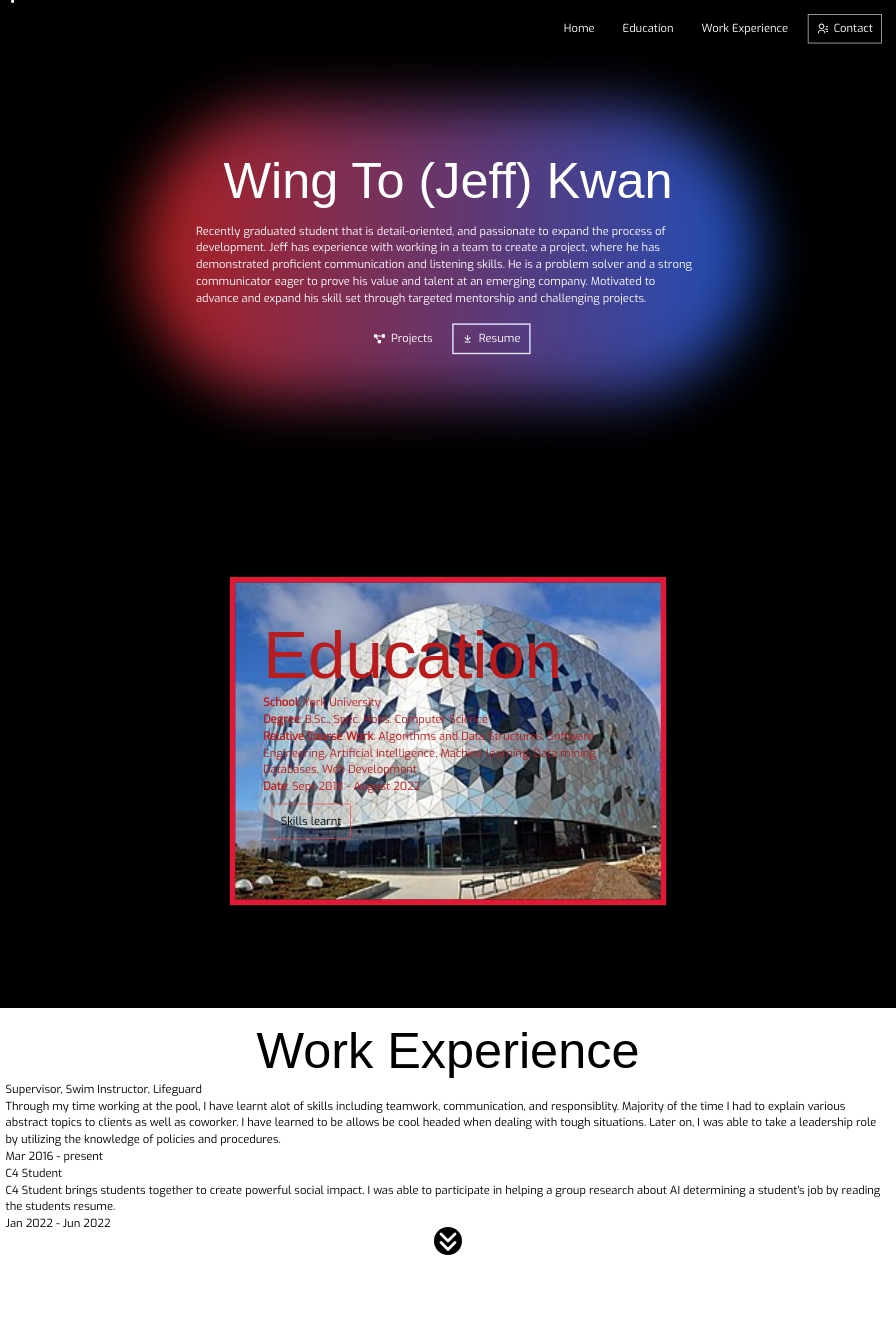
Repository: Jeffkw213/profile_website
Page: /
These files come from the project's save history. The page is drawn as it stood at one moment and after the next save; the edit follows.
The browser window is 1280 px wide. The pictures show the part of the page from y = 0 to 1920 px (the page is 3560 px tall before and 720 px after), at 70% of full size.
Some web fonts or font styles are not loaded; a fallback is used. The project was rebuilt for these pictures with package versions that can differ from the ones it lists, and the page was loaded fresh each time. Also part of the build but not shown: vite.config.js.

Above is the page before, as saved 2022-10-21 16:55:40.

### src/index.jsx
import React from 'react';
import ReactDOM from 'react-dom/client';
import App from './App';
import reportWebVitals from './reportWebVitals';
import './index.css';

// DOM creates an instance of your App component, though it can also pass simple JSX without any component instantiation
const root = ReactDOM.createRoot(document.getElementById('root'));
root.render(
  <React.StrictMode>
    <App />
  </React.StrictMode>
);

// If you want to start measuring performance in your app, pass a function
// to log results (for example: reportWebVitals(console.log))
// or send to an analytics endpoint. Learn more: https://bit.ly/CRA-vitals
reportWebVitals();

### src/App.jsx
import Education from './components/Education';
import Nav from './components/Nav';
import Projects from './components/Projects';
import Title from './components/Title';
import Work from './components/Work';
import records from './data/records.json';
import Navitop from './components/NavigationTop';
import Skillz from './components/Skillz';

const App = () => {
  return (
    <div className="scroll-smooth w-full box-border relative font-Exo min-w-[800]">
      <Navitop />
      <Title {...records.Who} />
      <Education {...records.Education} />
      <Work employ={records.Employment} />
      <Projects />
      <Skillz {...records.Skills}/>
      <Nav {...records.Social} />
    </div>
  );
};

export default App;

### src/index.css
@import url('https://fonts.googleapis.com/css2?family=Exo:wght@100;400&display=swap');
@import url('http://fonts.cdnfonts.com/css/nexa-bold');

@tailwind base;
@tailwind components;
@tailwind utilities;

@layer base{
    html{
        scroll-behavior: smooth;
    }
}

### src/components/Education.jsx
import { useEffect } from 'react';
import AOS from 'aos';
import 'aos/dist/aos.css';
import School from '../data/BergeronCentreForEngineering.jpg'

export default function Education(props) {
  useEffect(() => {
    AOS.init({ duration: 3000 });
  });
  return (
    <div className="h-screen p-2 bg-black text-red-700 flex justify-center text-justify-center static max-w-1/2 w-full px-4" id="education">
      <div
        data-aos="fade-up"
        data-duration="1500"
        data-aos-anchor-placement="center-center"
        className="bg-no-repeat bg-cover bg-center border-8 border-york-500 p-10 m-24 w-1/2 h-4/6 bg-opacity-50"
        style={{ backgroundImage:`url(${School})` }}
      >

        <h1 className="font-Nexa text-4xl sm:text-8xl pt-4 pb-2">Education</h1>
        <p>
          <strong>School</strong>: {props.School}
        </p>
        <p>
          <strong>Degree</strong>: {props.Degree}
        </p>
        <p>
          <strong>Relative Course Work</strong>: {props.RelatativeCoursework}
        </p>
        <p>
          <strong>Date</strong>: {props.Start} - {props.Graduation}
        </p>
        <a href="#skill">
          <button className="border border-red-500 sm:text-york-400 md:text-black round- w-auto m-3 p-3 bg-transparent ease-in-out duration-300 hover:scale-110 hover:text-york-400">Skills learnt</button>
        </a>
      </div>
    </div>
  );
}

### src/components/Nav.jsx
//This is gonna be the navigation bar
//Need to create a list of
import Git from '../data/GitHub-Mark-64px.png';
import Linkedin from '../data/LI-In-Bug.png';
import Gmail from '../data/Gmail_Logo_64px.png';
export const List = (props) => (
  <nav className="flex justify-center">
    <ul className="">
      <li className="inline-block">
        <a href={props.Linkedin} target="_blank" rel="noopener noreferrer">
          <img src={Linkedin} alt="Linkedin Logo" className="h-16 opacity-[.35]" />
        </a>
      </li>
      <li className="inline-block">
        <a href={props.Github} target="_blank" rel="noopener noreferrer">
          <img src={Git} alt="Git Logo" className="h-16 opacity-[.35]" />
        </a>
      </li>
      <li className="inline-block ml-2">
        <a href={`mailto:${props.Email}?subject=Hi%20I'm%20Stupid`}>
          <img src={Gmail} alt="Gmail Logo" className="h-16 opacity-[.35]" />
        </a>
      </li>
    </ul>
  </nav>
);

export default function Nav(props) {
  return (
    <div className="h-20 relative w-full py-2 text-center bg-black" id='contacts'>
      <List {...props} />
    </div>
  );
}

### src/components/Projects.jsx
import projects from '../data/projects';

export default function Projects() {
  return (
    <div className='h-screen p-2' id="project">
      {projects.map((item, index) => {
        return (
          <div key={index}>
            <h2 className='font-Nexa text-4xl sm:text-7xl text-center pt-4 pb-2'>{item.name}</h2>
            <a href={item.link} target="_blank" rel="noopener noreferrer">
              {item.link}
            </a>
            <p>{item.about}</p>
          </div>
        );
      })}
    </div>
  );
}

### src/components/Title.jsx
// This is the title of the website
// There would be a breif discription of who I am
// And there would be a navigation button to scroll to a certain section of the page
import { FaProjectDiagram } from 'react-icons/fa';
import { BiArrowToBottom } from 'react-icons/bi';
export default function Title({ Name, Description }) {
  // var vw = window.innerWidth; //getting the width of the window
  // var vh = window.innerHeight; //getting the height of the window
  function Stars() {
    const arr = [];
    for (let i = 0; i < 100; i++) {
      arr.push(<div className="bg-white w-1 h-1 rounded-full absolute"></div>);
    }
    return arr;
  }
  return (
    <div className="bg-black max-w-1/2 w-full px-4" id="home">
      <div>
        <Stars />
      </div>
      <div className="flex items-center justify-center h-screen">
        <div className="relative max-w-[880px]">
          <div className="absolute inset-0.5 bg-gradient-to-r from-red-600 to-blue-600 rounded-full blur-2xl opacity-80"></div>

          <div className="relative m-2 py-12 text-white ">
            <h1 className="font-Nexa text-4xl sm:text-7xl text-center pt-4 pb-2">{Name}</h1>
            <p className="p-4 mx-0 sm:mx-14 max-w-screen-lg min-w-[50%]">{Description}</p>

            {/* Buttons */}
            <div className="flex items-center justify-center py-2">
              <a href="#project" className="px-2">
                <button
                  className="flex items-center justify-center p-2 px-3 bg-transparent text-white
        transition delay-150 duration-300 ease-in-out hover:scale-110"
                >
                  <FaProjectDiagram className="text-white mr-2" /> Projects
                </button>
              </a>
              <a href="/Resume.pdf" target="_blank" className="px-2">
                <button
                  className="flex items-center justify-center p-2 px-3 bg-transparent border-2 border-indigo-100 text-white
        transition delay-150 duration-300 ease-in-out hover:rotate-y-360"
                >
                  <BiArrowToBottom className=" text-white mr-2" />
                  Resume
                </button>
              </a>
            </div>
          </div>
        </div>
      </div>
    </div>
  );
}

### src/components/Work.jsx
import { HiChevronDoubleDown } from 'react-icons/hi';
export default function Work({ employ }) {
  return (
    <div className="scroll-mt-20 h-screen max-w-1/2 flex flex-col p-2" id="work">
      <h1 className="font-Nexa text-4xl sm:text-7xl text-center pt-4 pb-2"> Work Experience </h1>
      {employ.map((item, index) => {
        return (
          <div key={index} className="">
            <p>{item.Role}</p>
            <p>{item.Description}</p>
            <p>{item.Date}</p>
          </div>
        );
      })}

      <a href="#project" className='flex justify-center items-center'>
        <HiChevronDoubleDown className="text-white m-32 bg-black mt-auto h-10 w-10 rounded-full animate-bounce flex justify-start items-center" />
      </a>
    </div>
  );
}

### src/data/records.json
{
  "Who": {
    "Name": "Wing To (Jeff) Kwan",
    "Description": "Recently graduated student that is detail-oriented, and passionate to expand the process of development. Jeff has experience with working in a team to create a project, where he has demonstrated proficient communication and listening skills. He is a problem solver and a strong communicator eager to prove his value and talent at an emerging company. Motivated to advance and expand his skill set through targeted mentorship and challenging projects."
  },
  "Social": {
    "Email": "jeffkwan10@gmail.com",
    "Linkedin": "https://www.linkedin.com/in/jeff-kwan-881a41203/",
    "Github": "https://github.com/Jeffkw213"
  },

  "Education": {
    "School": "York University",
    "Degree": "B.Sc., Spec. Hons. Computer Science",
    "RelatativeCoursework": "Algorithms and Data Structures, Software Engineering, Artificial Intelligence, Machine learning, Data mining, Databases, Web Development",
    "Graduation": "August 2022",
    "Start": "Sept 2018"
  },

  "Employment": [
    {
      "Role": "Supervisor, Swim Instructor, Lifeguard",
      "Where": "City of Richmond Hill",
      "Description": "Through my time working at the pool, I have learnt alot of skills including teamwork, communication, and responsiblity. Majority of the time I had to explain various abstract topics to clients as well as coworker. I have learned to be allows be cool headed when dealing with tough situations. Later on, I was able to take a leadership role by utilizing the knowledge of policies and procedures.",
      "Date": "Mar 2016 - present"
    },
    {
      "Role": "C4 Student",
      "Where": "York University",
      "Description": "C4 Student brings students together to create powerful social impact. I was able to participate in helping a group research about AI determining a student's job by reading the students resume.",
      "Date": "Jan 2022 - Jun 2022"
    }
  ],
  "Skills": {
    "Languages": [
      "Python",
      "Java",
      "Javascript",
      "CSS",
      "HTML",
      "SQL",
      "Prolog",
      "C#",
      "C98",
      "C99"
    ],
    "Framework": [
      "Numpy",
      "Pandas",
      "MySQL",
      "React",
      "Node.js"
    ],
    "Platform": [
      "Linux",
      "Windows",
      "MACOS",
      "Android"],
    "Techniques": [
      "OOP",
      "Data Structures",
      "Logic programming",
      "Artificial Intelligence",
      "Machine Learning",
      "Data Mining"
    ]
  }
}

### src/components/NavigationTop.jsx
import { RiContactsLine } from 'react-icons/ri';
import 'aos/dist/aos.css';

export default function ButtonNavi() {
  return (
    <header className="fixed flex w-full justify-end item-center h-20">
      <nav className="p-3 text-center">
        <div className='container flex justify-between items-center mx-auto'>
        <a href="#home">
          <button
            className="flex m-2 p-2 px-3 text-white
      transition delay-150 duration-300 ease-in-out hover:scale-110"
          >
            Home
          </button>
        </a>

        <a href="#education">
          <button
            className="flex m-2 p-2 px-3 bg-transparent text-white
      transition delay-150 duration-300 ease-in-out hover:scale-110"
          >
            Education
          </button>
        </a>
        <a href="#work">
          <button
            className="flex m-2 p-2 px-3 bg-transparent text-white
      transition delay-150 duration-300 ease-in-out hover:scale-110"
          >
            Work Experience
          </button>
        </a>
        <a href="#contacts">
          <button
            className="flex items-center justify-center m-2 p-2 px-3 bg-transparent text-white border border-slate-300
        transition delay-150 duration-300 ease-in-out  hover:rotate-x-360"
          >
            <RiContactsLine className=" text-white mr-2" />
            Contact
          </button>
        </a>
        </div>
      </nav>
    </header>
  );
}

### src/components/Skillz.jsx
export default function Skillz(props) {
  return (
    <div id="skill">
      <div>
        {props.Languages.map((item, i) => {
          return <li key={i}>{item}</li>;
        })}
      </div>
      <div>
        {props.Framework.map((item) => {
          return <li key={item.toString}>{item}</li>;
        })}
      </div>
      <div>
        {props.Platform.map((item) => {
          return <li key={item.toString}>{item}</li>;
        })}
      </div>
      <div>
        {props.Techniques.map((item) => {
          return <li key={item.toString}>{item}</li>;
        })}
      </div>
    </div>
  );
}

### src/data/projects.js
export default [
  {
    name: '8-puzzle',
    about: 'Create a 8-puzzle game with python. This project mainly focuses on different ways to find the best solution to solve the puzzle. I have used Best First approach, Depth First, and the Mannhattan Solution. The goal of this project was to expand understanding of different search methods and continue to exercise mastery of the concepts.',
    link: 'https://github.com/jeffkw213/8-puzzle'
  },
  {
    name: '9-puzzle',
    about: 'Hi this is a dummy thing to see if this works properly',
    link: 'https://github.com/jeffkw213/9-puzzle'
  }
];

### tailwind.config.js
/** @type {import('tailwindcss').Config} */
const plugin = require('tailwindcss/plugin')

const rotateY = plugin(function ({ addUtilities }) {
  addUtilities({
    // '.rotate-y-20': {
    //   transform: 'rotateX(20deg)',
    // },
    // '.rotate-y-40': {
    //   transform: 'rotateX(40deg)',
    // },
    // '.rotate-y-60': {
    //   transform: 'rotateX(60deg)',
    // },
    '.rotate-y-360': {
      transform: 'rotateY(360deg)',
    },
  })
})

const rotateX = plugin(function ({ addUtilities }) {
  addUtilities({
    // '.rotate-y-20': {
    //   transform: 'rotateX(20deg)',
    // },
    // '.rotate-y-40': {
    //   transform: 'rotateX(40deg)',
    // },
    // '.rotate-y-60': {
    //   transform: 'rotateX(60deg)',
    // },
    '.rotate-x-360': {
      transform: 'rotateX(360deg)',
    },
  })
})
module.exports = {
  content: ['./index.html', './src/**/*.{js,jsx}'],
  theme: {
    extend: {
      colors: {
        york: {
          50: '#ff4a69',
          100: '#ff405f',
          200: '#ff3655',
          300: '#f72c4b',
          400: '#ed2241',
          500: '#e31837',
          600: '#d90e2d',
          700: '#cf0423',
          800: '#c50019',
          900: '#bb000f'
        }
      },
      fontFamily: {
        Exo: "'Exo', sans-serif",
        Nexa: "'Nexa', sans-serif"
      },
      variants: {
        width: ['responsive', 'hover', 'focus']
      },
      minWidth: {
        '1/2': '50%'
      }
    }
  },
  plugins: [rotateY, rotateX]
};

Loaded but not shown: public/index.html (common file); src/reportWebVitals.js (common file)

After the next save:
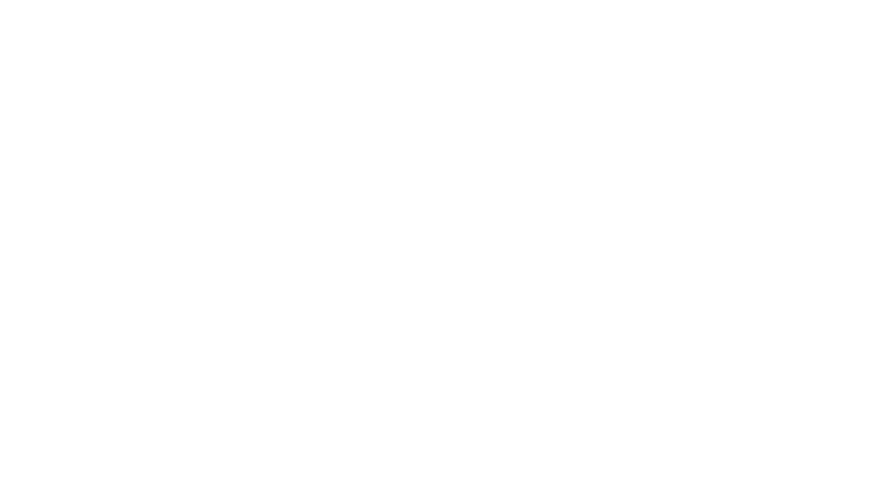
Console error: ReferenceError: i is not defined
Saved 6 s later.
--- a/src/components/Skillz.jsx
+++ b/src/components/Skillz.jsx
@@ -8,7 +8,7 @@
       </div>
       <div>
         {props.Framework.map((item) => {
-          return <li key={item.toString}>{item}</li>;
+          return <li key={i}>{item}</li>;
         })}
       </div>
       <div>

After the 6 saves that followed:
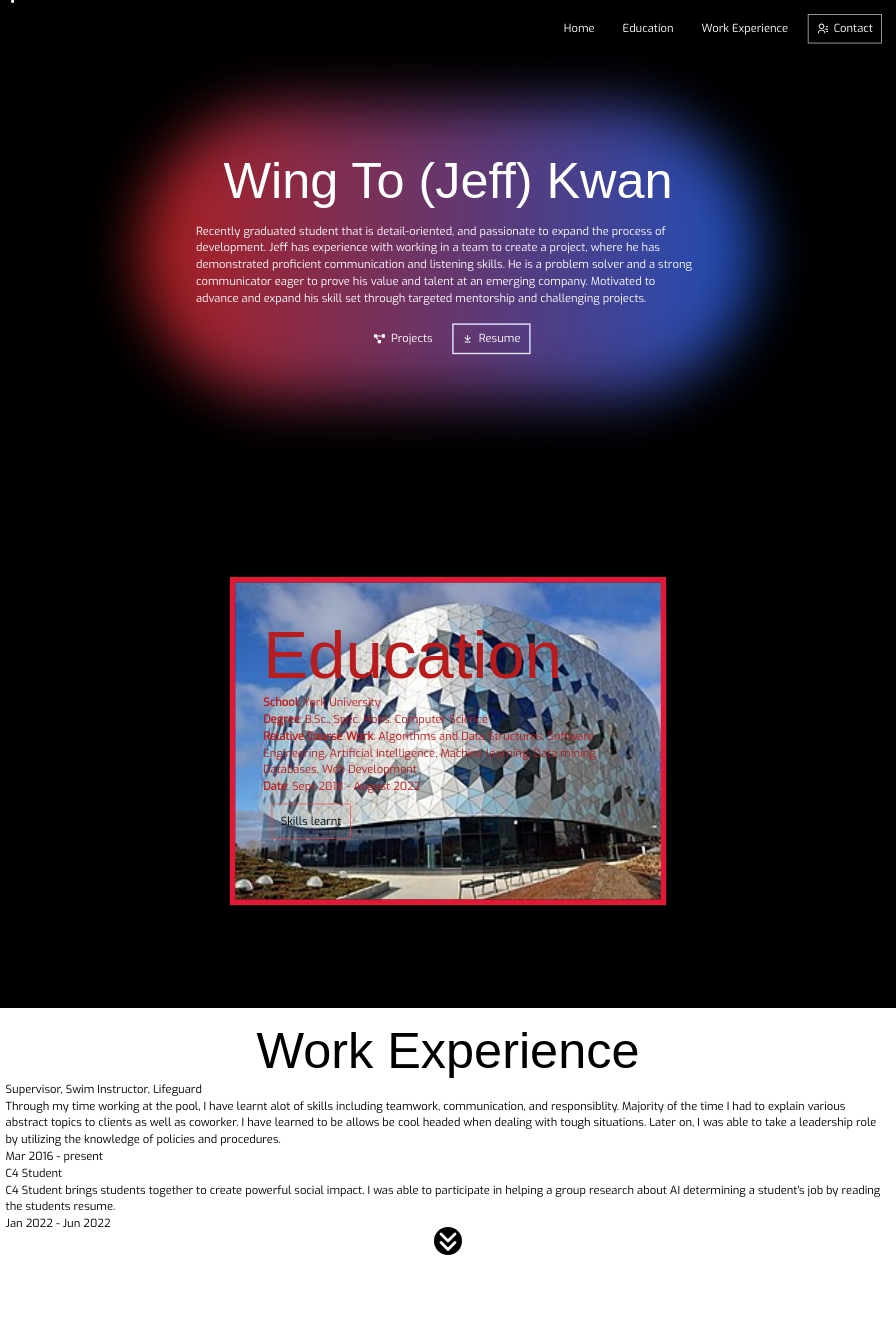
The error is gone.
The 6 saves are shown as one change because 2 left the picture as it was and some came seconds apart.
The last was saved 57 s later.
--- a/src/components/Skillz.jsx
+++ b/src/components/Skillz.jsx
@@ -7,18 +7,18 @@
         })}
       </div>
       <div>
-        {props.Framework.map((item) => {
+        {props.Framework.map((item, i) => {
           return <li key={i}>{item}</li>;
         })}
       </div>
       <div>
-        {props.Platform.map((item) => {
-          return <li key={item.toString}>{item}</li>;
+        {props.Platform.map((item, i) => {
+          return <li key={i}>{item}</li>;
         })}
       </div>
       <div>
-        {props.Techniques.map((item) => {
-          return <li key={item.toString}>{item}</li>;
+        {props.Techniques.map((item, i) => {
+          return <li key={i}>{item}</li>;
         })}
       </div>
     </div>
